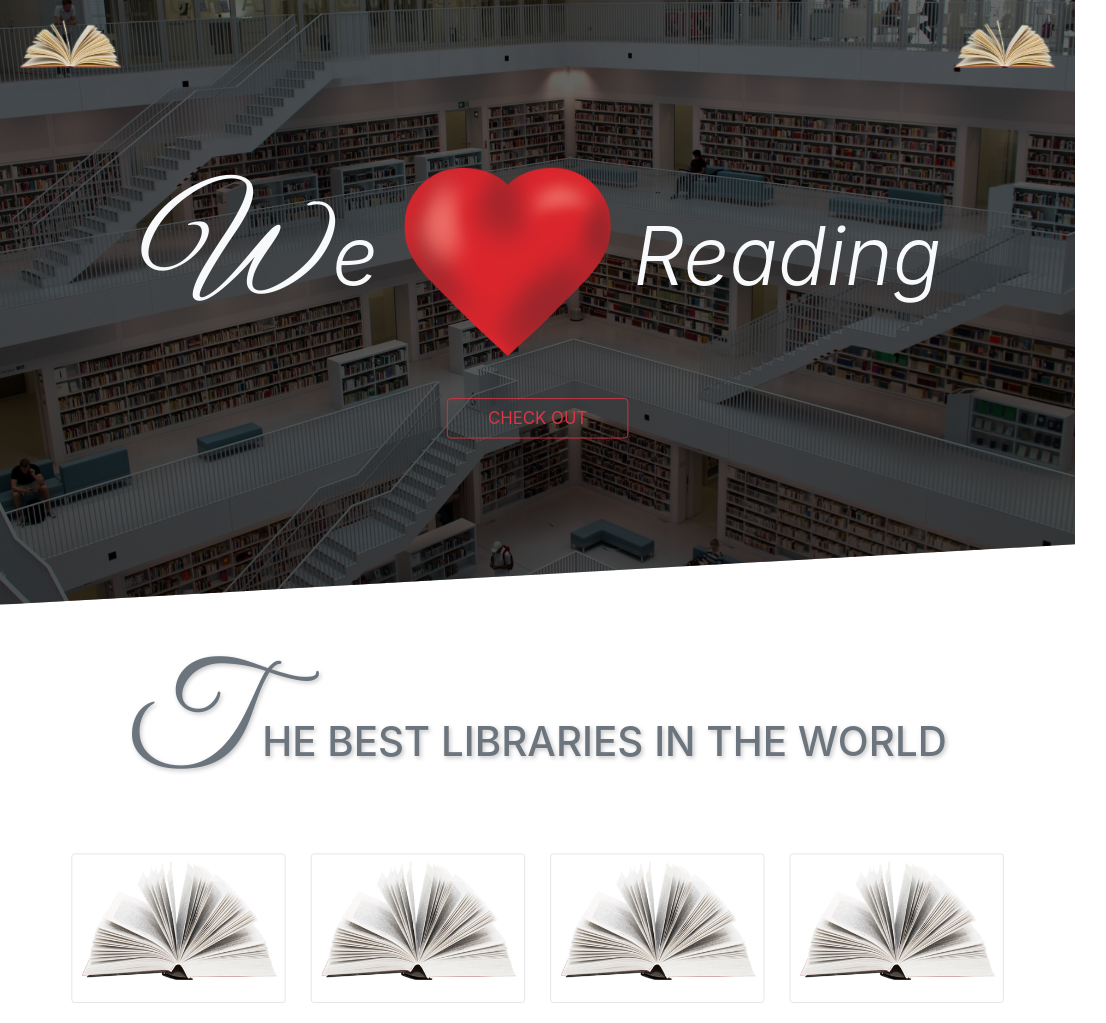
Repository: imedakrouti/BookStore
Page: index.html
These files come from the project's save history. The page is drawn as it stood at one moment and after the next save; the edit follows.
The browser window is 1280 px wide. The page is 1280 px wide, then 1317 px, then 1280 px, so the pictures cover 1317 px, including what lies to the right of the window. The pictures show the whole page, at 84% of full size.
Backgrounds fixed to the window are drawn as part of the page. Some web libraries are served in a nearby version.

Above is the page before, as saved 2020-05-06 13:55:51.

After the next save:
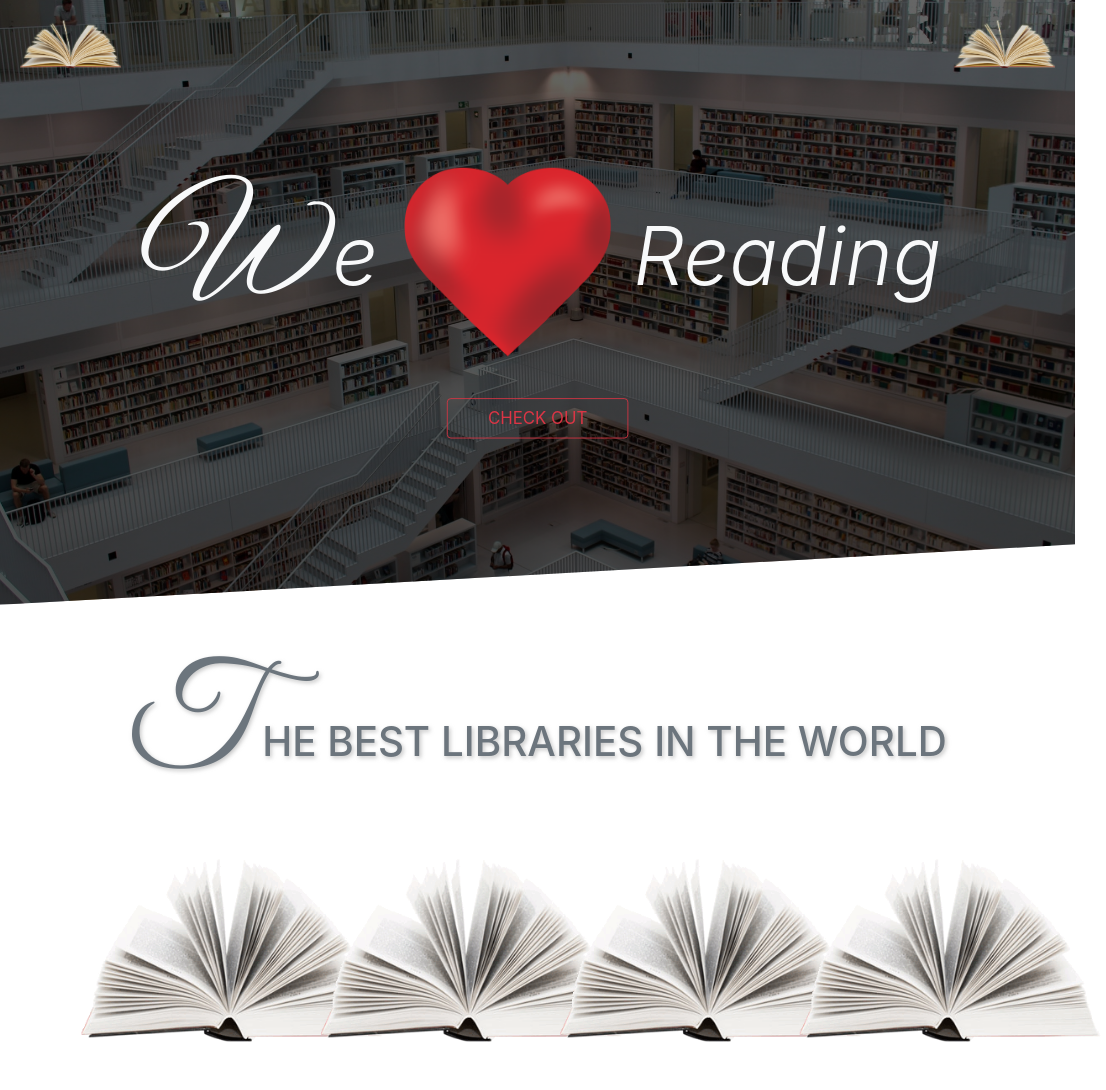
Saved 45 s later.
--- a/index.html
+++ b/index.html
@@ -45,19 +45,19 @@
             </div>
             <div class="row mb-4">
                 <div class="col-lg-3">
-                    <a href=""> <img src="images/img/logo.png" alt=""class="img-thumbnail"></a>
+                    <a href=""> <img src="images/img/logo.png" alt=""class=""></a>
 
                  </div>
                 <div class="col-lg-3">
-                    <a href=""> <img src="images/img/logo.png" alt=""class="img-thumbnail"></a>
+                    <a href=""> <img src="images/img/logo.png" alt=""class=""></a>
 
                  </div>
                 <div class="col-lg-3">
-                    <a href=""> <img src="images/img/logo.png" alt=""class="img-thumbnail"></a>
+                    <a href=""> <img src="images/img/logo.png" alt=""class=""></a>
 
                  </div>
                 <div class="col-lg-3">
-                    <a href=""> <img src="images/img/logo.png" alt=""class="img-thumbnail"></a>
+                    <a href=""> <img src="images/img/logo.png" alt=""class=""></a>
 
                  </div>
 

After the save that followed:
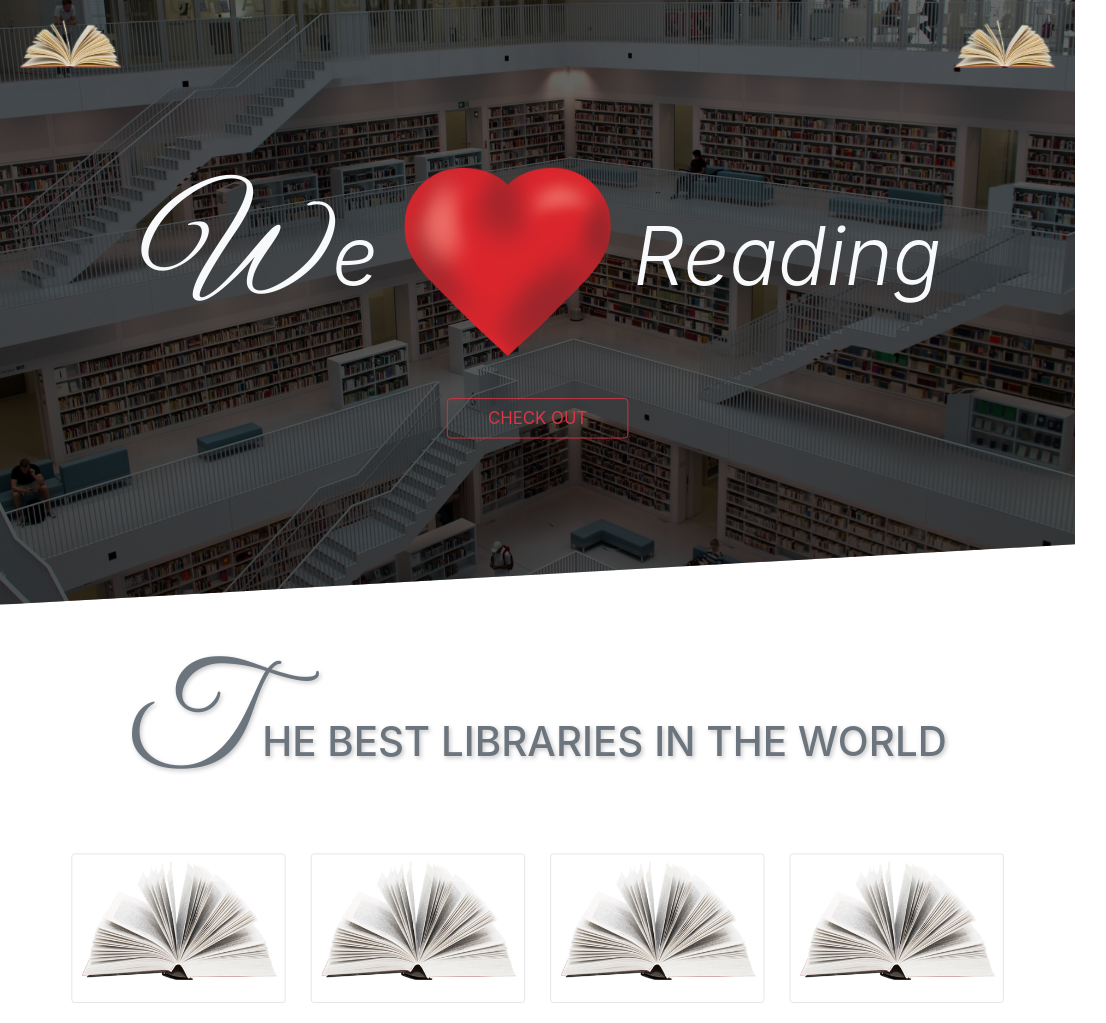
Saved 22 s later.
--- a/index.html
+++ b/index.html
@@ -45,19 +45,19 @@
             </div>
             <div class="row mb-4">
                 <div class="col-lg-3">
-                    <a href=""> <img src="images/img/logo.png" alt=""class=""></a>
+                    <a href=""> <img src="images/img/logo.png" alt=""class="img-thumbnail"></a>
 
                  </div>
                 <div class="col-lg-3">
-                    <a href=""> <img src="images/img/logo.png" alt=""class=""></a>
+                    <a href=""> <img src="images/img/logo.png" alt=""class="img-thumbnail"></a>
 
                  </div>
                 <div class="col-lg-3">
-                    <a href=""> <img src="images/img/logo.png" alt=""class=""></a>
+                    <a href=""> <img src="images/img/logo.png" alt=""class="img-thumbnail"></a>
 
                  </div>
                 <div class="col-lg-3">
-                    <a href=""> <img src="images/img/logo.png" alt=""class=""></a>
+                    <a href=""> <img src="images/img/logo.png" alt=""class="img-thumbnail"></a>
 
                  </div>
 
